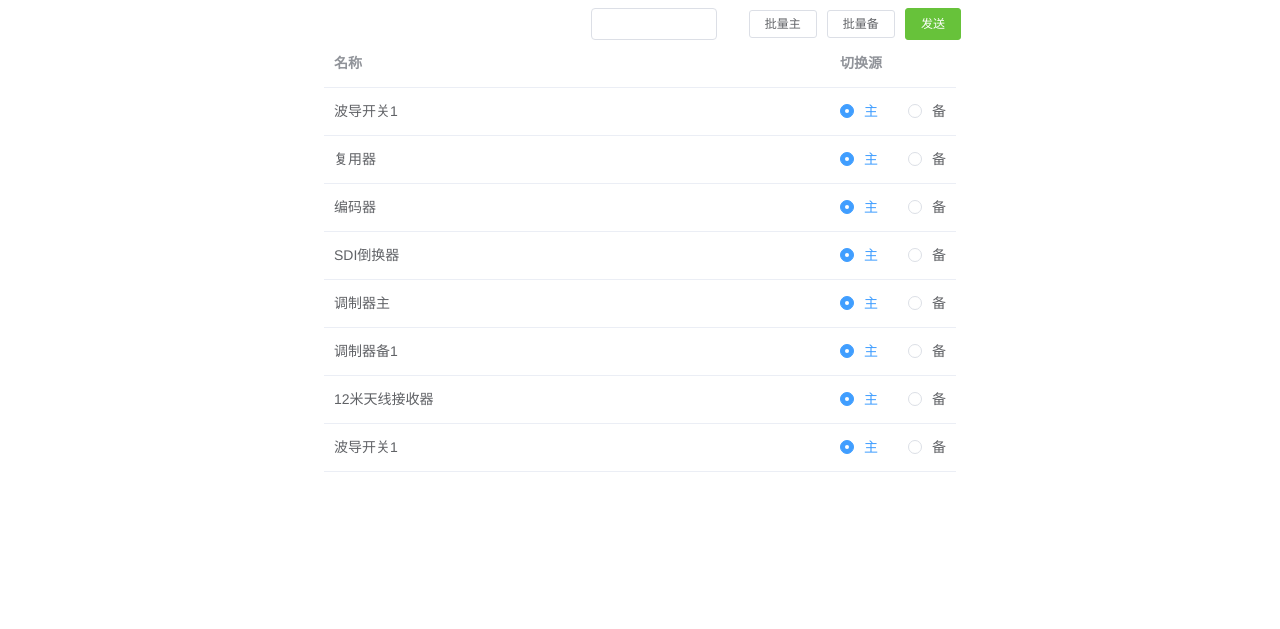
Repository: faintout/BHMQTTSendTool
Page: /
The author's editor kept a copy of each file at every save. The page is drawn from the files as they stood at one save, then again after the next save.
The browser window is 1280 px wide. The pictures show the whole page.
The project was rebuilt for these pictures with package versions that can differ from the ones it lists, and the page was loaded fresh each time. Also part of the build but not shown: vue.config.js.

Above is the page before, as saved 2020-08-26 15:29:01.

After the next save:
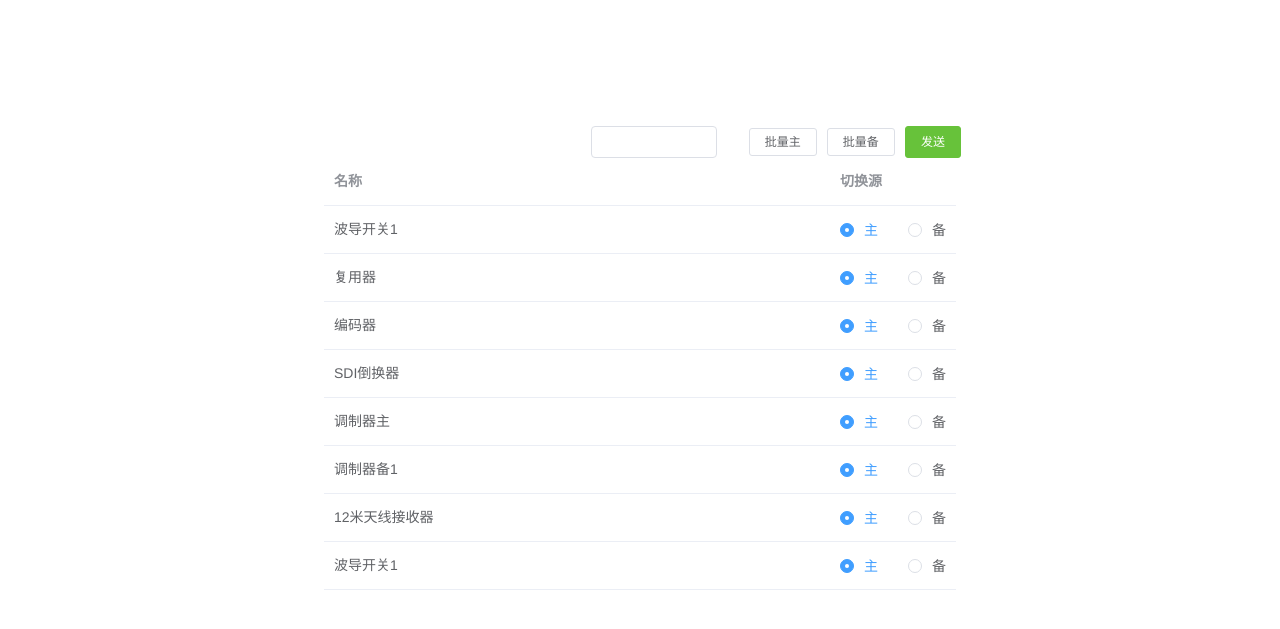
Saved 8 s later.
--- a/src/views/Home.vue
+++ b/src/views/Home.vue
@@ -159,6 +159,6 @@
 </script>
 <style lang="less" scoped>
 .content{
-
+    margin: 10% 0 0  0 ;
 }
 </style>
